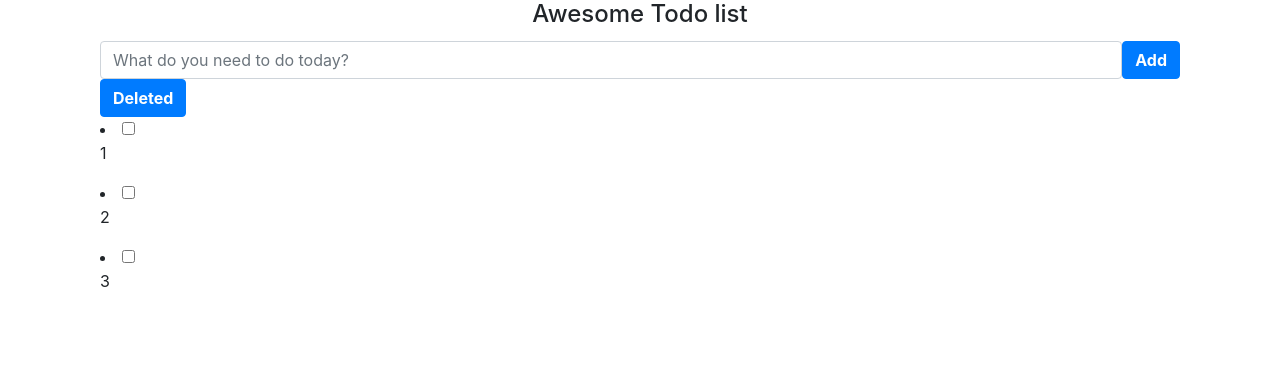
Repository: alohamylight/todolist
Page: index.html
The author's editor kept a copy of each file at every save. The page is drawn from the files as they stood at one save, then again after a run of saves.
The browser window is 1280 px wide. The pictures show the whole page.
Some web libraries are served in a nearby version.

Above is the page before, as saved 2021-05-28 12:42:39.
Console error: SyntaxError: missing ) after argument list

After the next 2 saves:
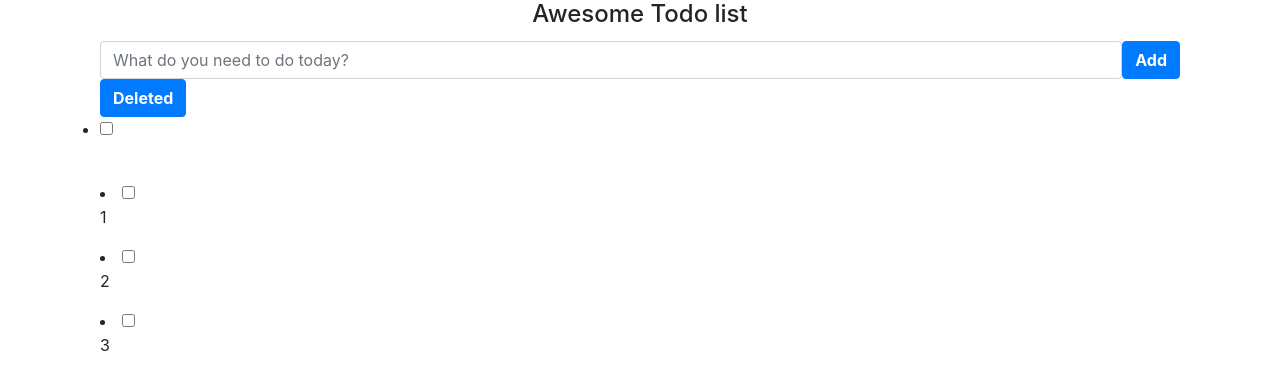
The error is gone.
The 2 saves are shown as one change because they came seconds apart.
The last was saved 10 s later.
--- a/example.js
+++ b/example.js
@@ -55,4 +55,4 @@ $('#todo').append(`
 <p>`+DeskTaskInput.val()+`</p>
 <label ></label>
 </li>
-`
+`);
